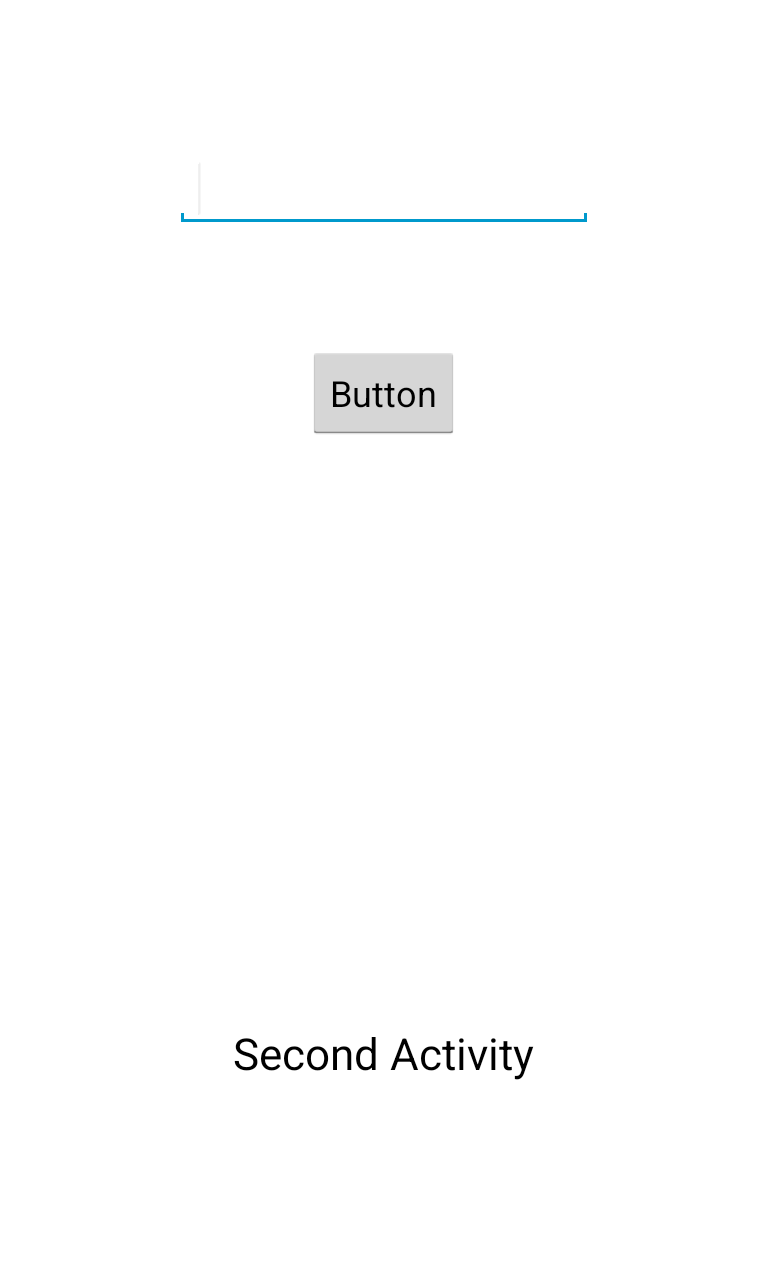
Repository: MadhuHS/JECM3
Layout: Intents2/res/layout/activity_second.xml
An editor plug-in stored every save of this project. The layout is shown before and after the next save, followed by the edit.
It is drawn on a 768 x 1280 px phone screen (xhdpi) without system bars, with theme AppTheme; the app's code is not run.

Above is the layout before, as saved 2015-11-20 03:25:20.

### Intents2/res/layout/activity_second.xml
<RelativeLayout xmlns:android="http://schemas.android.com/apk/res/android"
    xmlns:tools="http://schemas.android.com/tools"
    android:layout_width="match_parent"
    android:layout_height="match_parent"
    android:paddingBottom="@dimen/activity_vertical_margin"
    android:paddingLeft="@dimen/activity_horizontal_margin"
    android:paddingRight="@dimen/activity_horizontal_margin"
    android:paddingTop="@dimen/activity_vertical_margin"
    tools:context=".SecondActivity" >

    <EditText
        android:id="@+id/editTextinput"
        android:layout_width="wrap_content"
        android:layout_height="wrap_content"
        android:layout_alignParentTop="true"
        android:layout_centerHorizontal="true"
        android:layout_marginTop="59dp"
        android:ems="10" >

        <requestFocus />
    </EditText>

    <Button
        android:id="@+id/buttonsend"
        android:layout_width="wrap_content"
        android:layout_height="wrap_content"
        android:layout_below="@+id/editTextinput"
        android:layout_centerHorizontal="true"
        android:layout_marginTop="58dp"
        android:text="Button" />

    <TextView
        android:id="@+id/textView1"
        android:layout_width="wrap_content"
        android:layout_height="wrap_content"
        android:layout_alignParentBottom="true"
        android:layout_centerHorizontal="true"
        android:layout_marginBottom="83dp"
        android:text="Second Activity"
        android:textAppearance="?android:attr/textAppearanceLarge" />

</RelativeLayout>

Loaded but not shown: Intents2/res/values/styles.xml (common file); Intents2/res/values-v11/styles.xml (common file); Intents2/res/values-v14/styles.xml (common file); Intents2/res/values/dimens.xml (common file)

After the next save:
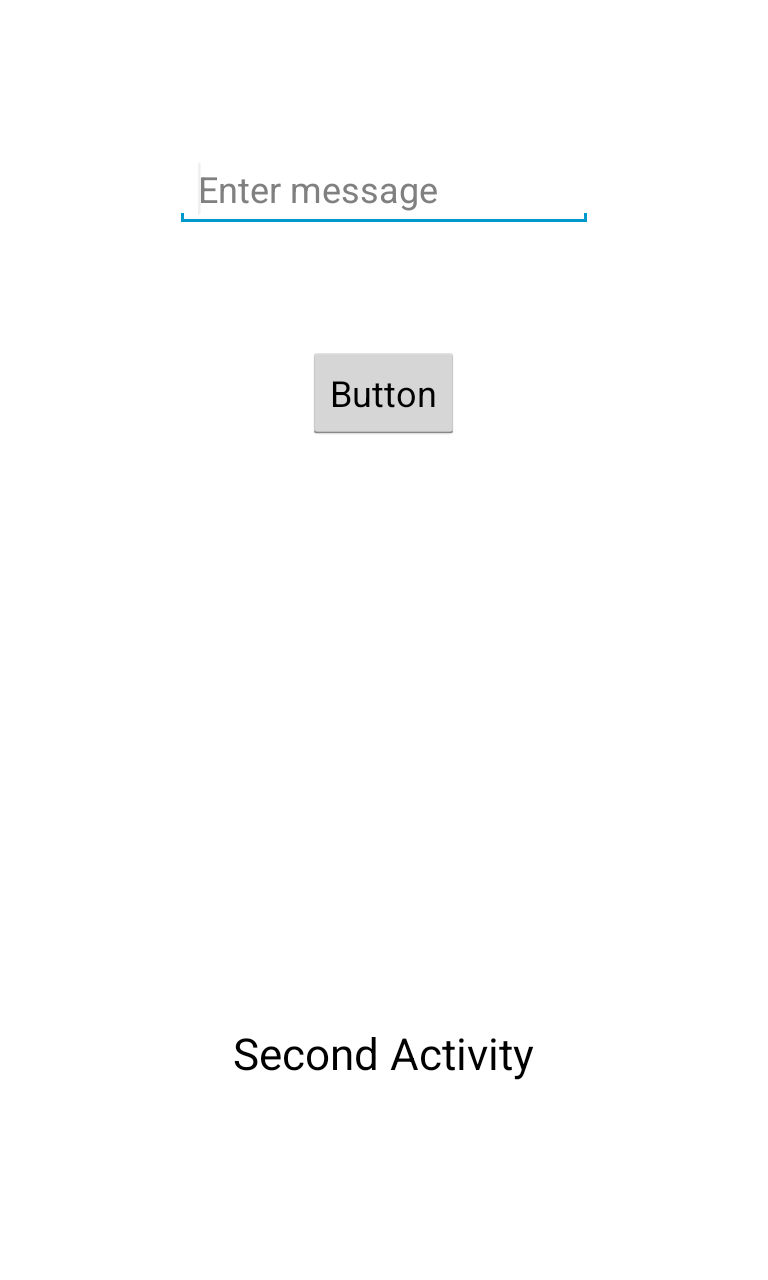
Saved 14 s later.
--- a/Intents2/res/layout/activity_second.xml
+++ b/Intents2/res/layout/activity_second.xml
@@ -15,7 +15,8 @@
         android:layout_alignParentTop="true"
         android:layout_centerHorizontal="true"
         android:layout_marginTop="59dp"
-        android:ems="10" >
+        android:ems="10"
+        android:hint="Enter message" >
 
         <requestFocus />
     </EditText>
